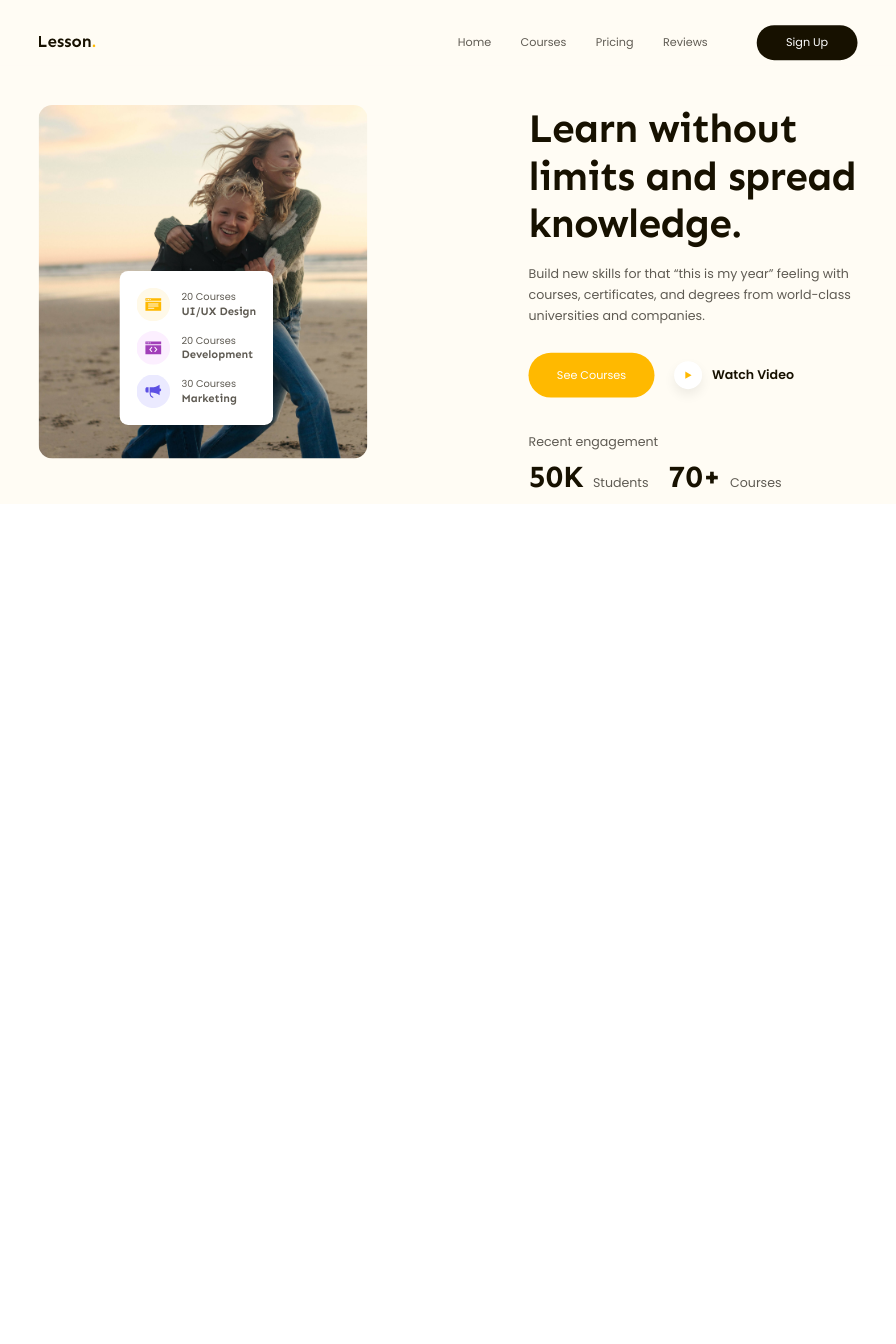
Repository: tinhtranjp/htmlcss-01
Page: index.html
The author's editor kept a copy of each file at every save. The page is drawn from the files as they stood at one save, then again after the next save.
The browser window is 1280 px wide. The pictures show the part of the page from y = 0 to 1920 px (the page is 5000 px tall), at 70% of full size.

Above is the page before, as saved 2023-01-20 02:43:08.

After the next save:
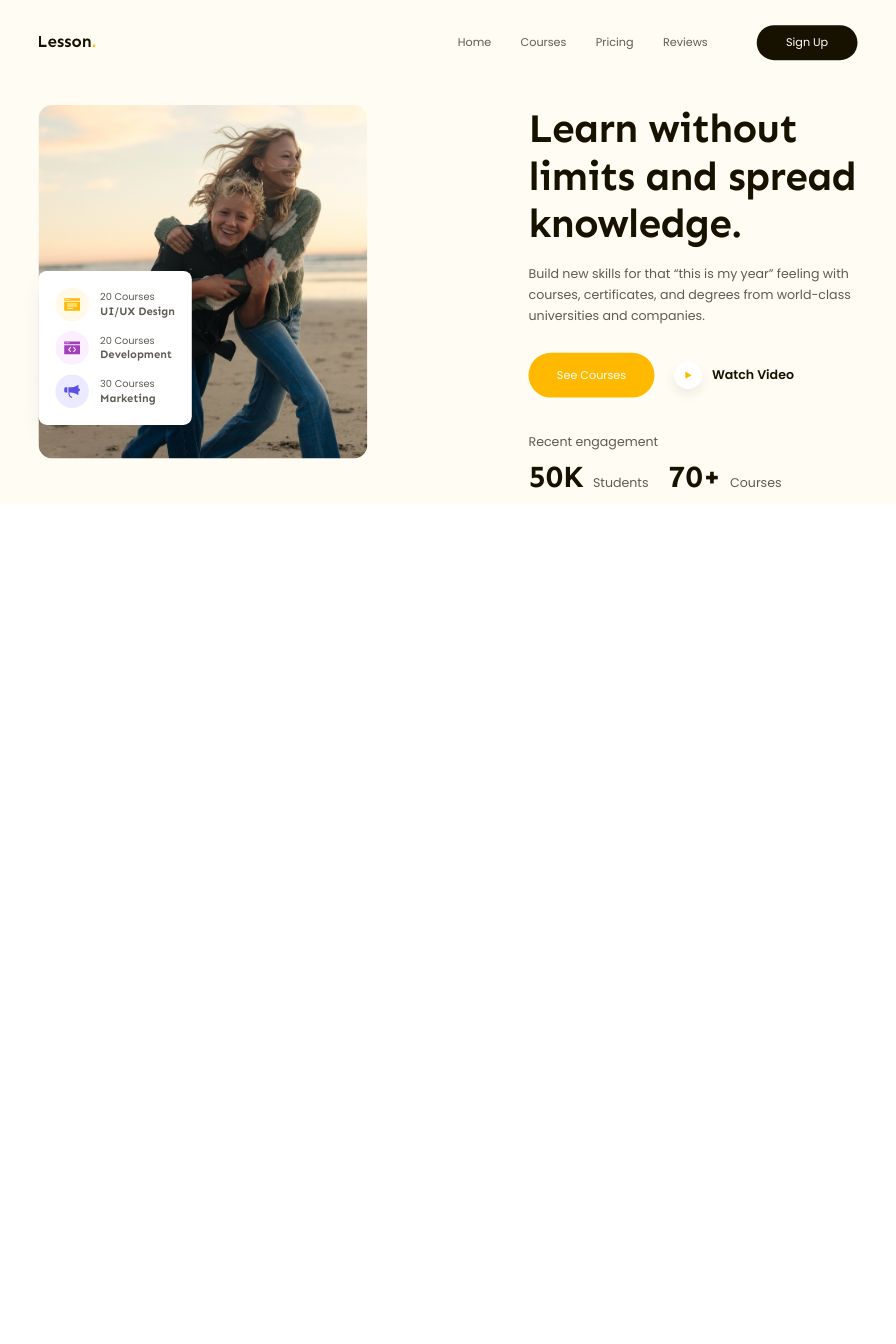
Saved 8 s later.
--- a/assets/css/styles.css
+++ b/assets/css/styles.css
@@ -100,7 +100,7 @@
   padding: 24px;
   border-radius: 12px;
   bottom: 48px;
-  right: 135px;
+  /* right: 135px; */
   box-shadow: 0px 16px 32px rgba(0, 0, 0, 0.05);
 }
 
